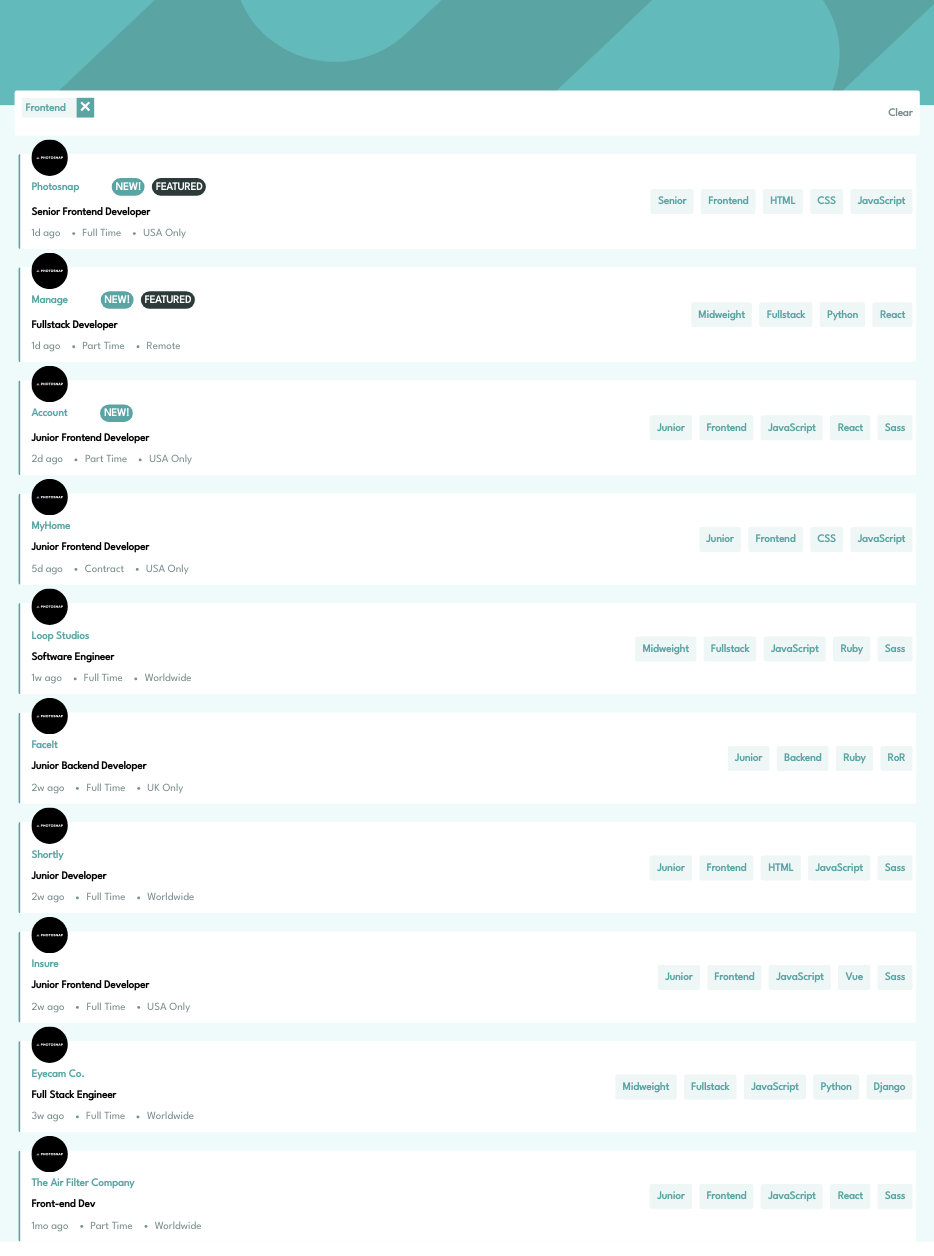
Repository: DevLaukey/job-listing
Page: /
An editor plug-in stored every save of this project. The page is shown before and after the next save, followed by the edit.
The browser window is 1280 px wide. The pictures show the whole page, at 73% of full size.
Some web fonts or font styles are not loaded; a fallback is used. The project was rebuilt for these pictures with package versions that can differ from the ones it lists, and the page was loaded fresh each time.

Above is the page before, as saved 2022-06-03 01:26:10.

After the next save:
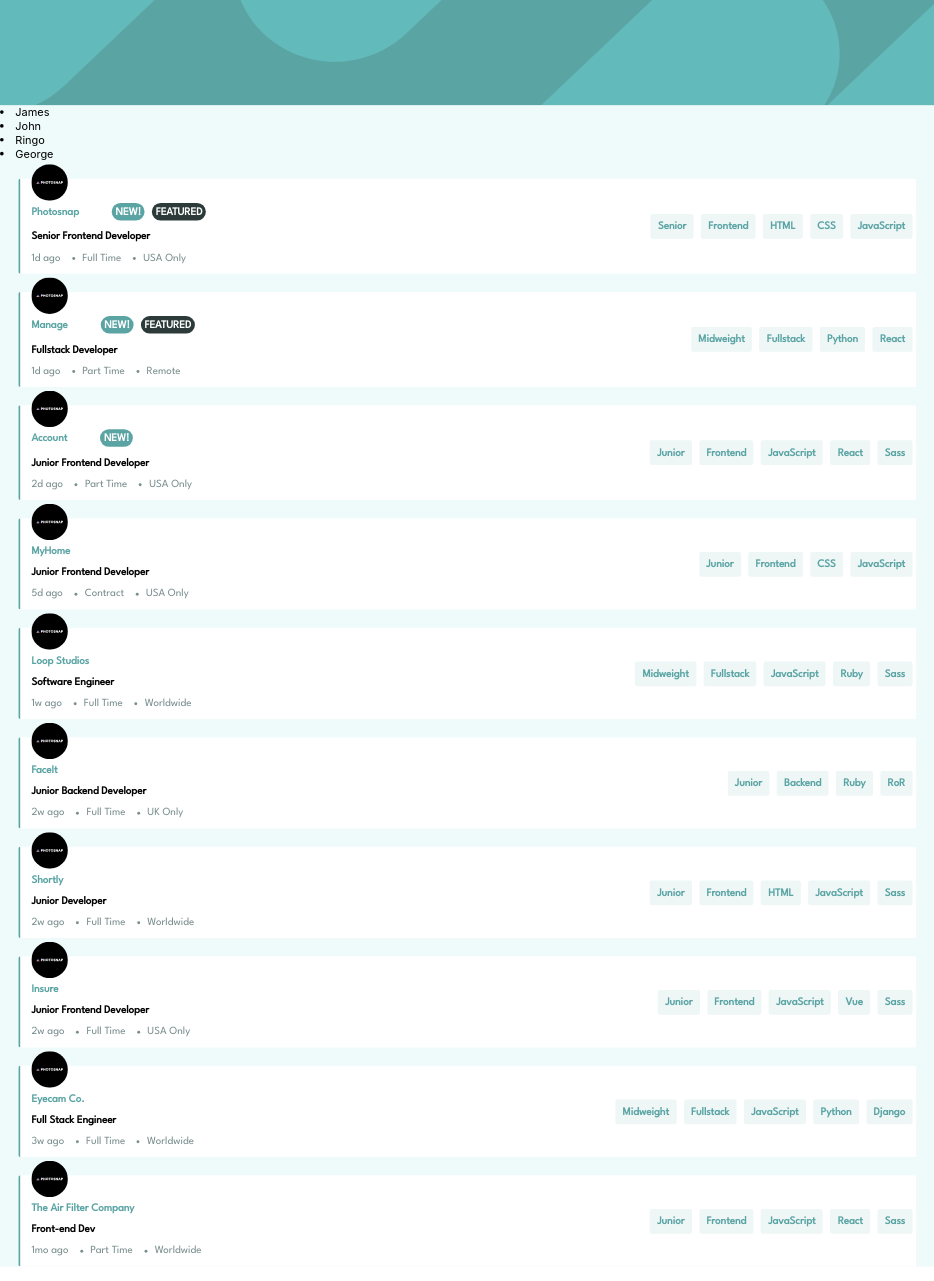
Saved 110 s later.
--- a/src/components/Filter.js
+++ b/src/components/Filter.js
@@ -1,20 +1,50 @@
 import React from 'react'
 import icon from "./images/icon-remove.svg";
 function Filter() {
-  return (
-    <div className="tablet filter">
-      <div className="option">
-        <p className="front-end">Frontend</p>
-        <div className="icon">
-          <img src={icon} alt="" />
-        </div>
-      </div>
 
-      <div className="clear">
-        <p>Clear</p>
-      </div>
-    </div>
+    const people = [
+      {
+        name: "James",
+        age: 31,
+      },
+      {
+        name: "John",
+        age: 45,
+      },
+      {
+        name: "Paul",
+        age: 65,
+      },
+      {
+        name: "Ringo",
+        age: 49,
+      },
+      {
+        name: "George",
+        age: 34,
+      },
+    ];
+const filtered  = people.filter(person => person.age < 60).map(filteredPerson => (
+    <li>
+      {filteredPerson.name}
+    </li>
+  ))
+    return (
+        <>
+            { filtered}</>
   );
 }
 
 export default Filter
+    // <div className="tablet filter">
+    //   <div className="option">
+    //     <p className="front-end">Frontend</p>
+    //     <div className="icon">
+    //       <img src={icon} alt="" />
+    //     </div>
+    //   </div>
+
+    //   <div className="clear">
+    //     <p>Clear</p>
+    //   </div>
+    // </div>
